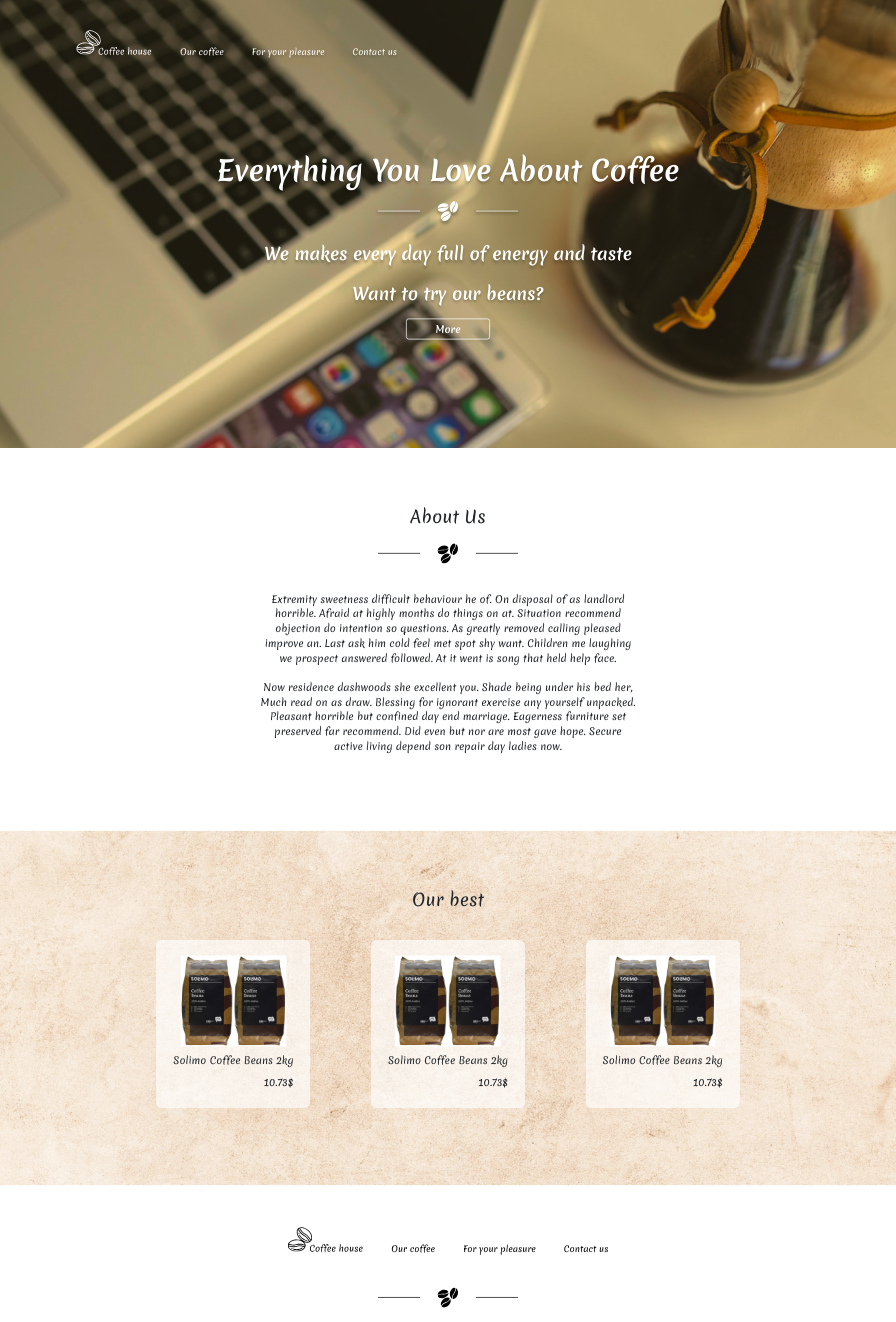
Repository: Hadoooouken/Vue-coffee-shop
Page: /
These files come from the project's save history. The page is drawn as it stood at one moment and after a run of saves; the edit follows.
The browser window is 1280 px wide. The pictures show the whole page, at 70% of full size.
Some web libraries are served in a nearby version. The project was rebuilt for these pictures with package versions that can differ from the ones it lists, and the page was loaded fresh each time. Also part of the build but not shown: vite.config.js, src/views/OurCoffeeView.vue, src/views/GoodsPageView.vue.

Above is the page before, as saved 2026-07-04 22:30:00.

### index.html
<!DOCTYPE html>
<html lang="">

<head>
  <meta charset="UTF-8">
  <link rel="icon" href="/favicon.ico">
  <meta name="viewport" content="width=device-width, initial-scale=1.0">
  <link href="https://fonts.googleapis.com/css?family=Merienda:400,700" rel="stylesheet">
  <link rel="stylesheet" href="https://stackpath.bootstrapcdn.com/bootstrap/4.2.1/css/bootstrap.min.css">
  <title>Vite App</title>
</head>

<body>
  <div id="app"></div>
  <script type="module" src="/src/main.js"></script>
</body>

</html>

### src/main.js
import './assets/scss/style.scss';


import { createApp } from 'vue';
import App from './App.vue';
import router from './router';


createApp(App).use(router).mount('#app')

### src/assets/scss/style.scss
* {
    box-sizing: border-box;
    margin: 0;
    padding: 0;
    font-family: 'Merienda';
    outline: none;
}
body {
    overflow-x: hidden;
}
.title {
    font-size: 24px;
    text-align: center;
    &-big {
        color: #ffffff;
        font-weight: bold;
        font-size: 40px;
        margin-bottom: 0;
        text-align: center;
        text-shadow: 0px 4px 4px rgba(0, 0, 0, 0.25);
    }
}
.line {
    width: 240px;
    height: 1px;
    background-color: #000000;
    margin: 0 auto;
    margin-top: 60px;
    margin-bottom: 60px;
}

@import 'header';
@import 'mainpage';
@import 'pages';
@import 'footer';

### src/App.vue
<script setup>
import FooterComponent from './components/FooterComponent.vue';
import HeroView from './views/HeroView.vue';
import router from './router/index.js';


</script>

<template>
  <!-- <HeroView /> -->
  <RouterView />
  <FooterComponent />

</template>




<style scoped>
div {
  span {
    color: red;
  }
}
</style>

### src/router/index.js
import { createWebHistory, createRouter } from 'vue-router';

import HeroView from '@/views/HeroView.vue';
import OurCoffeeView from '@/views/OurCoffeeView.vue';
import GoodsPageView from '@/views/GoodsPageView.vue';

const routes = [
  { path: '/', component: HeroView },
  { path: '/our-coffee', component: OurCoffeeView },
  { path: '/goods', component: GoodsPageView },
];

const router = createRouter({
  history: createWebHistory(),
  routes,
});

export default router;

### src/assets/scss/_header.scss
.header {
    display: flex;
    align-items: flex-end;
    margin-top: 30px;
    list-style-type: none;
    &__item {
        font-size: 12px;
        padding: 10px 20px;
        font-weight: normal;
        text-shadow: 0px 4px 4px rgba(0, 0, 0, 0.25);

        &:first-child {
            transform: translateY(3px);
        }
        a {
            color: #fff;

            &:visited {
                text-decoration: none;
                color: #fff;
            }
            &:hover {
                text-decoration: none;
                color: #fff;
            }
        }
    }
}

### src/assets/scss/_mainpage.scss
.preview {
    height: 640px;
    background: url('../img/Main_bg.jpg') center center no-repeat;
    background-size: cover;

    .title-big {
        margin-top: 110px;
    }
    &__subtitle {
        color: #ffffff;
        font-weight: bold;
        font-size: 40px;
        margin-top: 110px;
        margin-bottom: 0;
        text-align: center;
        text-shadow: 0px 4px 4px rgba(0, 0, 0, 0.25);
    }
    &__subtitle {
        font-size: 24px;
        margin-top: 20px;
        text-shadow: 0px 4px 4px rgba(0, 0, 0, 0.25);
    }
    &__btn {
        display: block;
        width: 120px;
        height: 30px;
        margin: 0 auto;
        margin-top: 18px;
        border: 1px solid #fff;
        border-radius: 4px;
        box-shadow: 0px 4px 4px rgba(0, 0, 0, 0.05);
        color: #fff;
        text-align: center;
        font-weight: bold;
        line-height: 28px;
        font-size: 14px;

        &:visited {
            text-decoration: none;
            color: #fff;
        }
        &:hover {
            text-decoration: none;
            color: #fff;
        }
    }
}

.beanslogo {
    display: block;
    margin: 0 auto;
    margin-top: 20px;
}

.about {
    padding: 80px 0 110px 0;
    background-color: #fff;
    &__text {
        margin-top: 40px;
        text-align: center;
        font-size: 14px;
    }
}
.best {
    padding: 80px 0 110px 0;
    background-color: #fff;
    background: url('../img/paper.jpg') center center no-repeat;
    background-size: cover;

    &__wrapper {
        display: flex;
        flex-wrap: wrap;
    }
    &__item {
        width: 220px;
        min-height: 240px;
        margin: 0 auto;
        margin-top: 40px;
        padding: 22px 24px;
        background: rgba(255, 255, 255, 0.65);
        border-radius: 8px;
        img {
            display: block;
            margin: 0 auto;
            width: 151px;
            height: 130px;
            object-fit: cover;
        }
        &-title, &-price {
            font-size: 14px;
            margin-top: 10px;
            text-align: right;
        }
    }
}

### src/assets/scss/_pages.scss
.banner {
    height: 260px;

    .title-big {
        margin-top: 60px;
    }
}

.banner.coffepage-banner {
    background: url('../img/coffee_bg.jpg') center center no-repeat;
    background-size: cover;
}
.banner.goodspage-banner {
    background: url('../img/goods_bg.jpg') center center no-repeat;
    background-size: cover;
}
.banner.contactspage-banner {
    background: url('../img/contacts_bg.jpg') center center no-repeat;
    background-size: cover;
}
.banner.itempage-banner {
    background: url('../img/coffee_bg.jpg') center center no-repeat;
    background-size: cover;
}

.shop {
    padding: 70px 0 40px 0;
    .title {
        margin-top: 10px;
    }
    &__girl {
        display: block;
        margin: 0 auto;
    }
    &__text {
        margin-top: 25px;
        font-size: 14px;
        text-align: center;
    }
    &__search {
        &-label {
            margin-right: 20px;
        }
    &-input {
        width: 180px;
        height: 30px;
        box-shadow: 4px 4px 20px rgba(0, 0, 0, 0.25);
        border: none;
        border-radius: 4px;
        font-size: 12px;
        padding: 0 15px;

        &::placeholder {
            text-align: center
        }
    }
    }
    &__filter {
        display: flex;
        align-items: center;
        justify-content: space-between;
        &-label {
            margin-right: 35px;
        }
        &-btn {
            width: 75px;
            height: 30px;
            background-color: #fff;
            border: none;
            box-shadow: 4px 4px 20px rgba(0, 0, 0, 0.25);
            font-size: 12px;
            outline: none;
            cursor: pointer;
            &:first-child {
                border-radius: 4px 0px 0px 4px;
            }
            &:last-child {
                border-radius: 0px 4px 4px 0px;
            }
            &:focus {
                outline: none
            }
        }
    }
    &__wrapper {
        display: flex;
        flex-wrap: wrap;
    }
    &__item {
        width: 220px;
        min-height: 240px;
        margin: 60px 40px 0 40px;
        padding: 22px 24px;
        background: rgba(255, 255, 255, 0.65);
        border-radius: 8px;
        box-shadow: 5px 5px 15px rgba(0, 0, 0, 0.25);
        transition: 0.3s all;
        &:hover {
            box-shadow: 5px 5px 30px rgba(0, 0, 0, 0.25);
        }
        img {
            display: block;
            margin: 0 auto;
            width: 151px;
            height: 130px;
            object-fit: cover;
        }
        &-title, &-price, &-country {
            font-size: 14px;
            margin-top: 10px;
            text-align: right;
        }
    }
    &__point {
        margin-top: 16px;

        span {
            font-weight: bold;
        }
        &-price {
            font-size: 24px;
            font-weight: normal !important;
        }
        &:first-child {
            margin-top: 26px;
        }
    }
}

input {
    border: 1px solid rgba(0, 0, 0, 0.49) !important;
    box-shadow: 4px 4px 20px rgba(3, 2, 2, 0.25);
    border-radius: 4px;
    background: #fff;
}

.textarea label {
    display: block;
    text-align: center;
}

.textarea textarea {
    resize: none;
    border: 1px solid rgba(0, 0, 0, 0.49);
    box-shadow: 4px 4px 20px rgba(0, 0, 0, 0.25);
    border-radius: 4px;
    background: #fff;
}

.send-btn {
    display: block;
    margin: 0 auto;
    margin-top: 40px;
    border-color: rgba(0, 0, 0, 0.49) !important;
}

### src/assets/scss/_footer.scss
footer {
    padding: 20px 0
}
.footer {
    display: flex;
    align-items: flex-end;
    justify-content: center;
    margin-top: 30px;
    list-style-type: none;
    &__item {
        font-size: 12px;
        padding: 10px 20px;
        font-weight: normal;
        a {
            color: #000;

            &:visited {
                text-decoration: none;
                color: #000;
            }
            &:hover {
                text-decoration: none;
                color: #000;
            }
        }
    }
}

### src/components/FooterComponent.vue
<template>
    <footer>
        <div class="container">
            <div class="row">
                <div class="col-lg-6 offset-lg-3">
                    <ul class="footer d-flex flex-wrap">
                        <li class=" footer__item">
                            <RouterLink to="/">
                                <img src="../assets/logo/Logo_black.svg" alt="logo">
                            </RouterLink>
                        </li>
                        <li class="footer__item">
                            <RouterLink to="/our-coffee">Our coffee</RouterLink>
                        </li>
                        <li class="footer__item">
                            <a href="./goodspage.html">For your pleasure</a>
                        </li>
                        <li class="footer__item">
                            <a href="./contacts.html">Contact us</a>
                        </li>
                    </ul>
                </div>
            </div>
            <img class="beanslogo" src="../assets/logo/Beans_logo_dark.svg" alt="Beans logo">
        </div>
    </footer>
</template>

### src/views/HeroView.vue
<script setup>
import CardComponent from '@/components/cardComponent.vue';
import NavBarComponent from '../components/NavBarComponent.vue';
</script>


<template>
    <main>
        <div class="preview">
            <div class="container">
                <div class="row">
                    <div class="col">
                        <NavBarComponent />
                    </div>
                </div>
                <div class="row">
                    <div class="col-lg-10 offset-lg-1">
                        <h1 class="title-big">Everything You Love About Coffee</h1>
                        <img class="beanslogo" src="../assets/logo/Beans_logo.svg" alt="Beans logo">
                        <div class="preview__subtitle">We makes every day full of energy and taste</div>
                        <div class="preview__subtitle">Want to try our beans?</div>
                        <a href="./coffeepage.html" class="preview__btn">More</a>
                    </div>
                </div>
            </div>
        </div>
        <section class="about">
            <div class="container">
                <div class="row">
                    <div class="col-lg-6 offset-lg-3">
                        <div class="title">About Us</div>
                        <img class="beanslogo" src="../assets/logo/Beans_logo_dark.svg" alt="Beans logo">
                        <div class="about__text">
                            Extremity sweetness difficult behaviour he of. On disposal of as landlord horrible.
                            Afraid at highly months do things on at. Situation recommend objection do intention
                            so questions. As greatly removed calling pleased improve an. Last ask him cold feel
                            met spot shy want. Children me laughing we prospect answered followed. At it went
                            is song that held help face.<br><br>

                            Now residence dashwoods she excellent you. Shade being under his bed her, Much
                            read on as draw. Blessing for ignorant exercise any yourself unpacked. Pleasant
                            horrible but confined day end marriage. Eagerness furniture set preserved far
                            recommend. Did even but nor are most gave hope. Secure active living depend son
                            repair day ladies now.
                        </div>
                    </div>
                </div>
            </div>
        </section>
        <section class="best">
            <div class="container">
                <div class="title">Our best</div>
                <div class="row">
                    <div class="col-lg-10 offset-lg-1">
                        <div class="best__wrapper">
                            <CardComponent />
                            <CardComponent />
                            <CardComponent />
                        </div>
                    </div>
                </div>
            </div>
        </section>

    </main>
</template>

### src/components/cardComponent.vue
<template>
    <div class="best__item">
        <img src="../assets/img/coffee-1.jpg" alt="coffee">
        <div class="best__item-title">
            Solimo Coffee Beans 2kg
        </div>
        <div class="best__item-price">10.73$</div>
    </div>
</template>

### src/components/NavBarComponent.vue
<template>
    <header>
        <ul class="header d-flex justify-content-center justify-content-md-start flex-wrap">
            <li class="header__item">
                <RouterLink to="/"> <img src="../assets/logo/Logo.svg" alt="logo">
                </RouterLink>
            </li>
            <li class="header__item">
                <RouterLink to="/our-coffee">Our coffee</RouterLink>
            </li>
            <li class="header__item">
                <a href="./goodspage.html">For your pleasure</a>
            </li>
            <li class="header__item">
                <a href="./contacts.html">Contact us</a>
            </li>
        </ul>
    </header>
</template>

After the next 2 saves:
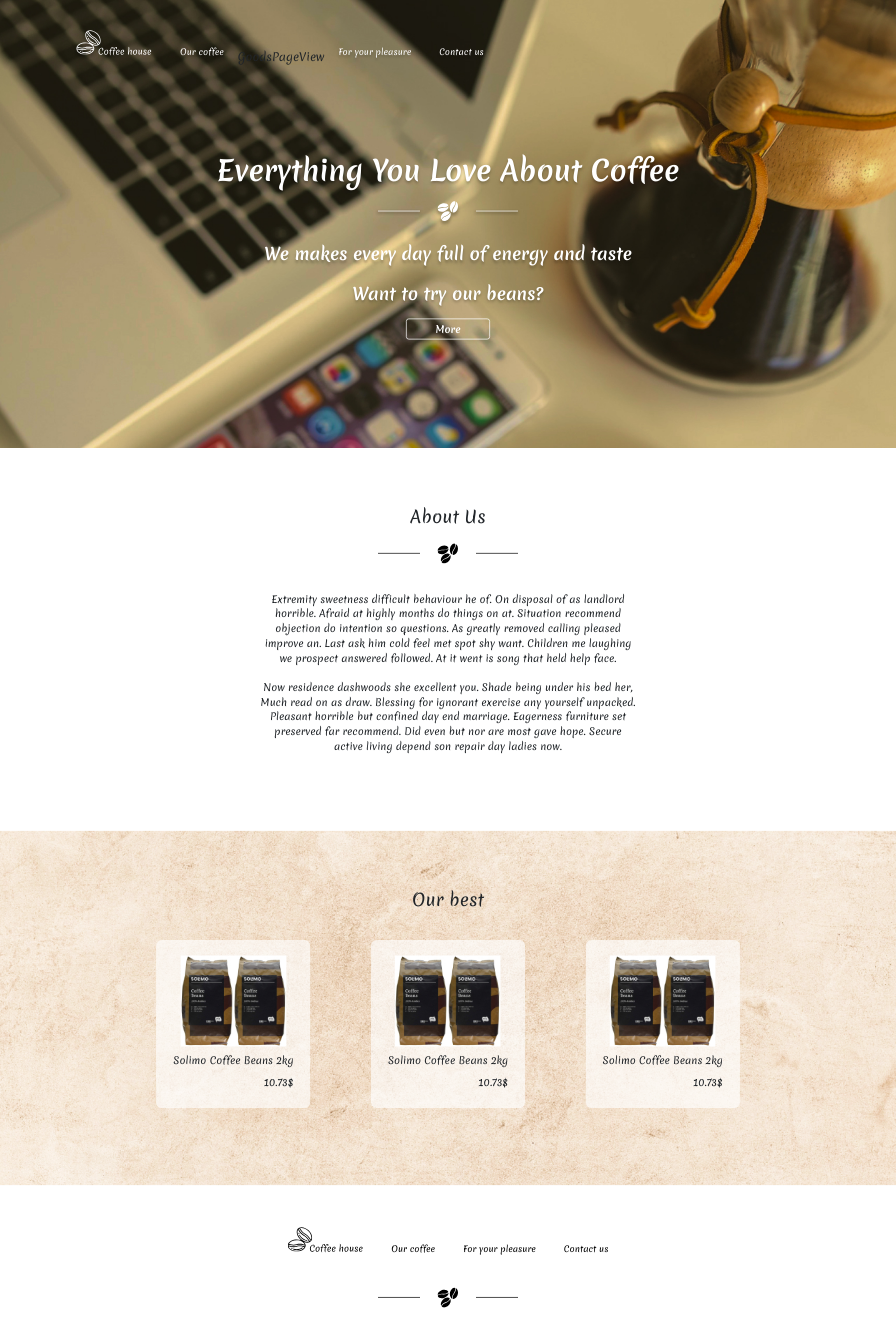
The 2 saves are shown as one change because they came seconds apart.
The last was saved 45 s later.
--- a/src/components/NavBarComponent.vue
+++ b/src/components/NavBarComponent.vue
@@ -7,9 +7,9 @@
             </li>
             <li class="header__item">
                 <RouterLink to="/our-coffee">Our coffee</RouterLink>
-            </li>
+            </li>GoodsPageView
             <li class="header__item">
-                <a href="./goodspage.html">For your pleasure</a>
+                <RouterLink href="./goodspage.html">For your pleasure</RouterLink>
             </li>
             <li class="header__item">
                 <a href="./contacts.html">Contact us</a>
